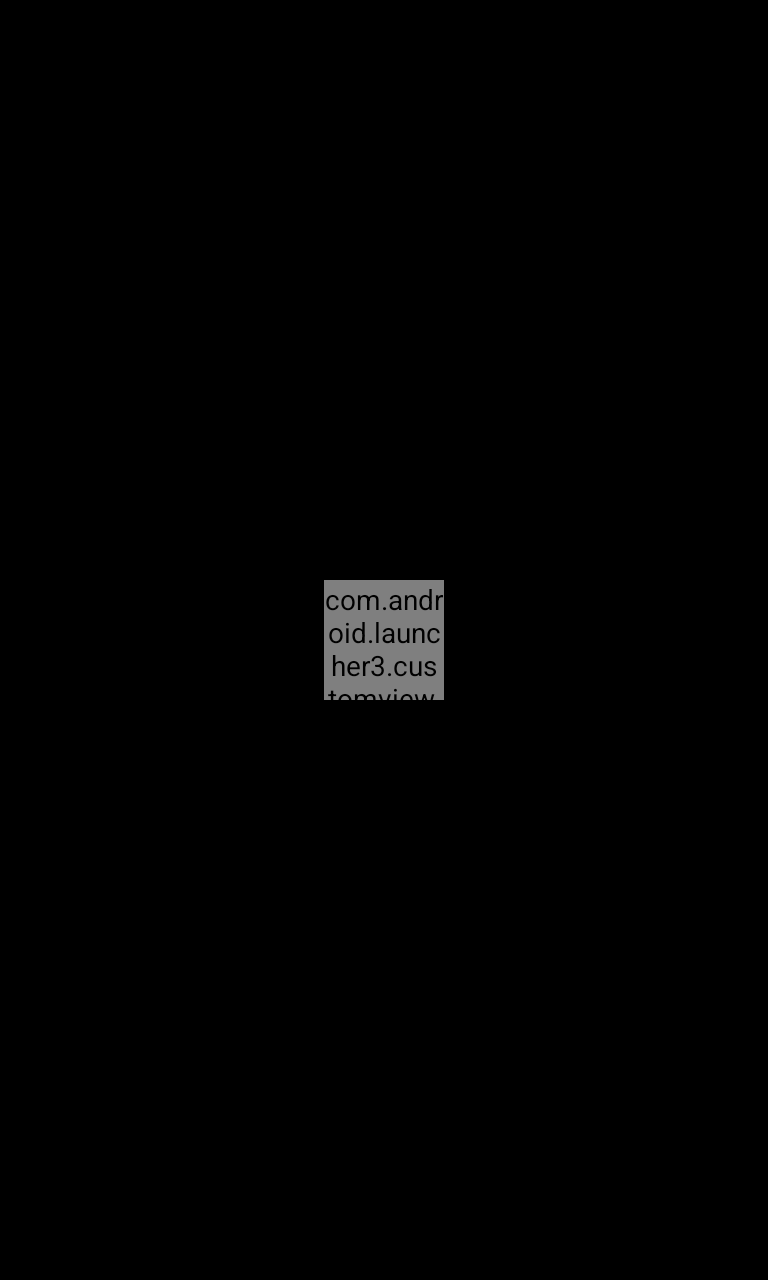
Repository: Nghicv/btl_cac_van_de_hien_dai_cntt
Layout: Launcher3/res/layout/grid_item.xml
The author's editor kept a copy of each file at every save. The layout is drawn from the files as they stood at one save, then again after the next save.
Pictures or frames that could not be fetched are drawn as grey boxes. It is drawn on a 768 x 1280 px phone screen (xhdpi) without system bars, with theme android:Theme.Holo; the app's code is not run.

Above is the layout before, as saved 2015-12-08 14:36:32.

After the next save:
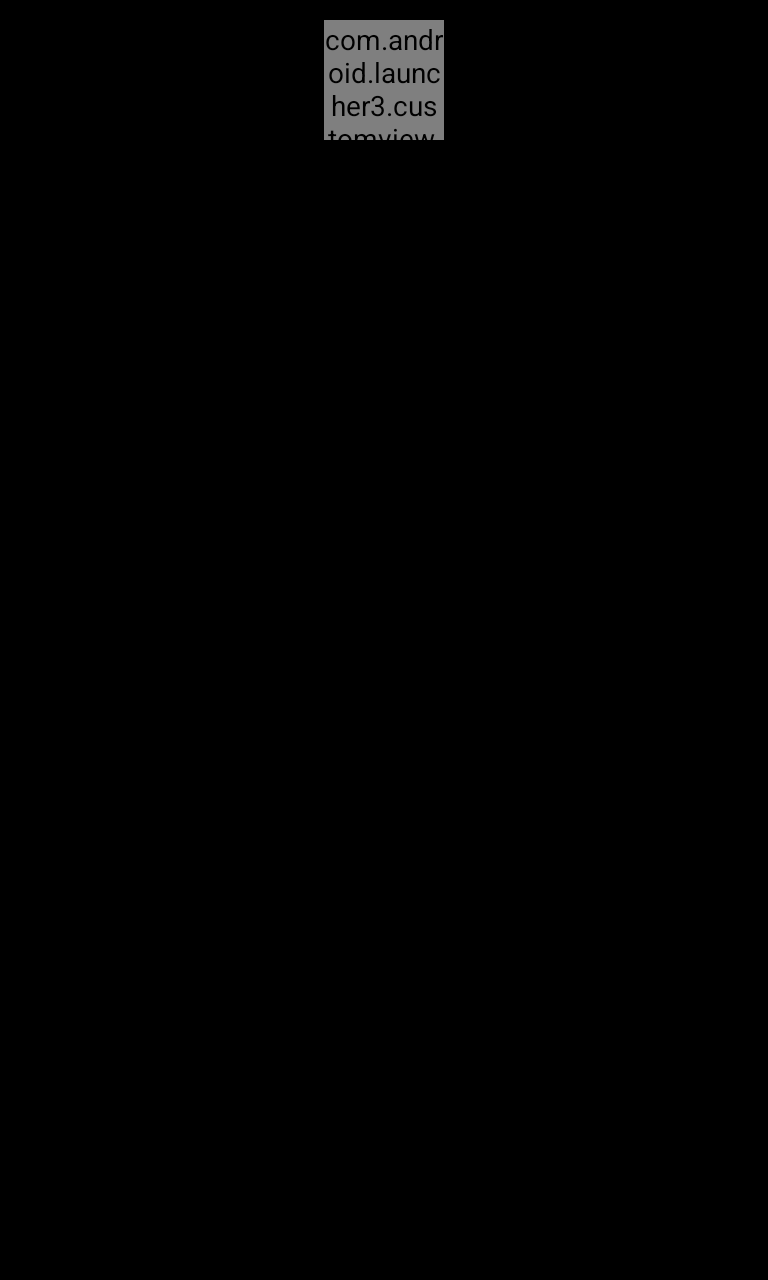
Saved 10 h 24 min later.
--- a/Launcher3/res/layout/grid_item.xml
+++ b/Launcher3/res/layout/grid_item.xml
@@ -4,12 +4,22 @@
     android:layout_height="match_parent"
     android:padding="10dp"
     android:layout_gravity="center">
-
-    <com.android.launcher3.customview.SquareImageView
+	<LinearLayout
+	    android:layout_width="match_parent"
+	    android:layout_height="match_parent"
+	    android:orientation="vertical">
+	    <com.android.launcher3.customview.SquareImageView
         android:id="@+id/image"
         android:layout_width="60dp"
         android:layout_height="60dp"
         android:scaleType="centerCrop"
         android:src="@drawable/empty_photo"
         android:layout_gravity="center"/>
+	    <TextView
+	        android:layout_width="match_parent"
+	        android:layout_height="wrap_content"
+	        android:gravity="center"
+	        android:layout_marginTop="2dp"/>
+	</LinearLayout>
+
 </FrameLayout>
